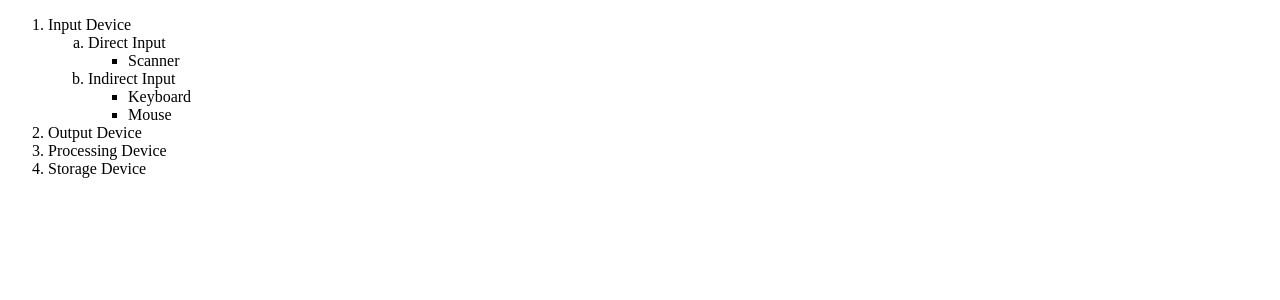
Repository: Rohit-sharma9838/myself
Page: Qspider/list.html
An editor plug-in stored every save of this project. The page is shown before and after the next save, followed by the edit.
The browser window is 1280 px wide. The pictures show the whole page.

Above is the page before, as saved 2025-08-16 19:51:27.

After the next save:
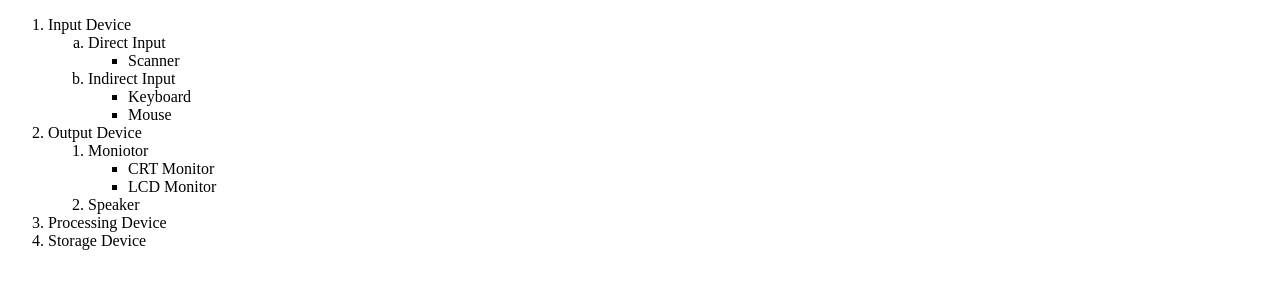
Saved 2 min 7 s later.
--- a/Qspider/list.html
+++ b/Qspider/list.html
@@ -20,6 +20,14 @@
        </ul>
     </ol>
     <li>Output Device</li>
+    <ol>
+        <li>Moniotor</li>
+        <ul>
+            <li>CRT Monitor</li>
+            <li>LCD Monitor</li>
+        </ul>
+        <li>Speaker</li>
+    </ol>
     <li>Processing Device</li>
     <li>Storage Device</li>
    </ol>
